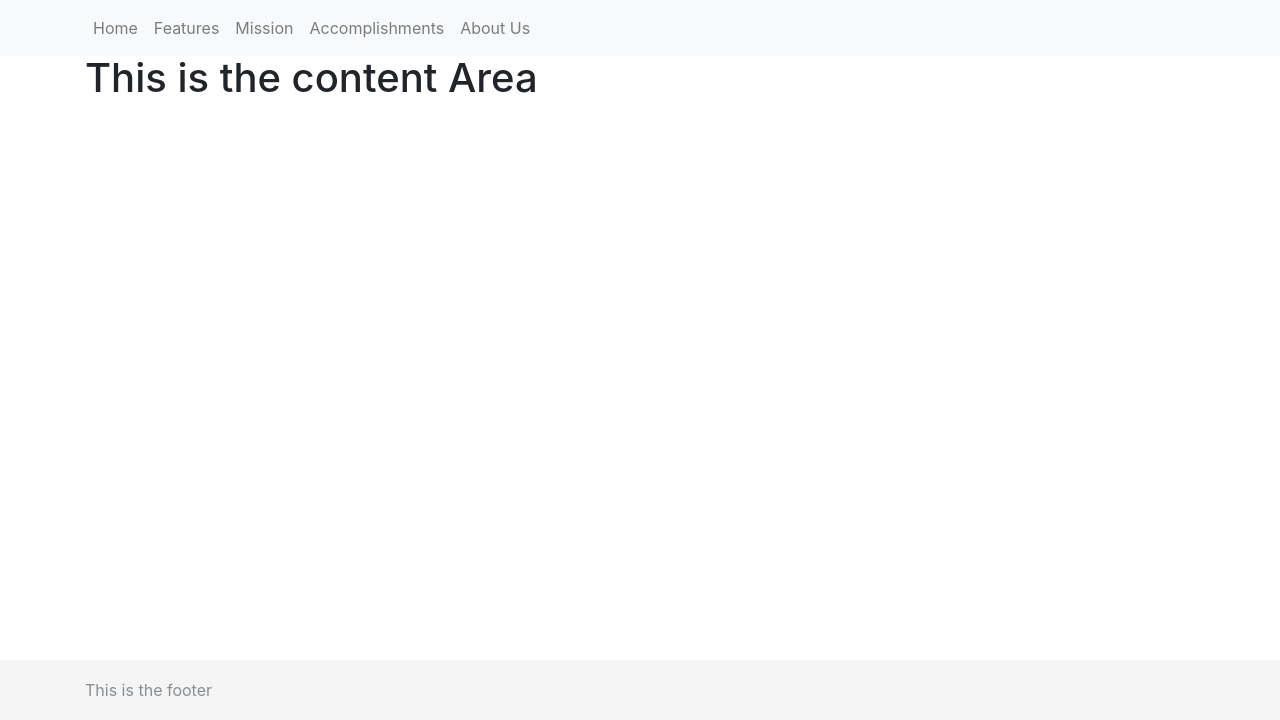
Repository: vipulx44/Prayas-Seva
Page: http://localhost/
These files come from the project's save history. The page is drawn as it stood at one moment and after the next save; the edit follows.
The browser window is 1280 px wide. The pictures show the whole page.
Some web libraries are served in a nearby version. The page is run by PHP 8.4 with error messages shown; the project is at /var/www/html/. Queries for data that is not in the repository find no rows.

Above is the page before, as saved 2017-09-25 12:40:21.

After the next save:
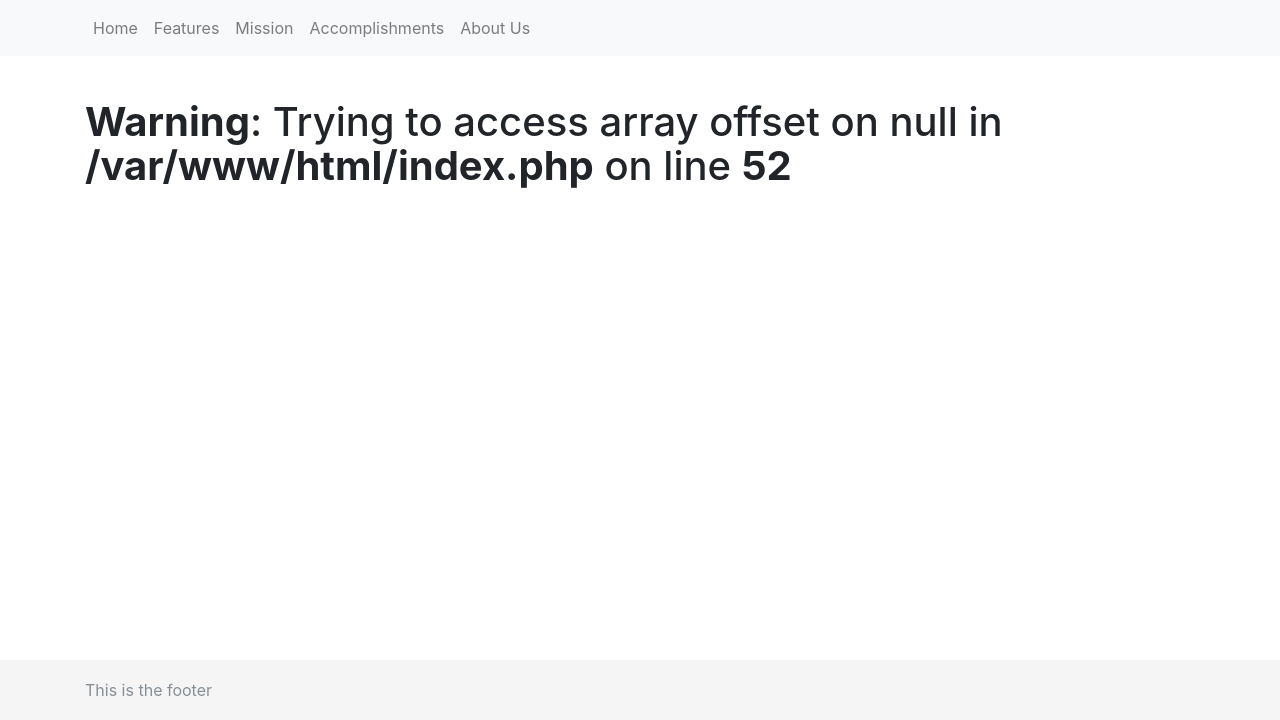
Saved 2 min 9 s later.
--- a/Prayasfirst/index.php
+++ b/Prayasfirst/index.php
@@ -49,7 +49,7 @@
 			</nav><!-- End Main Navigation -->
 
 			<div class="container">
-				<h1>This is the content Area</h1>
+				<h1><?php echo $page["header"]; ?></h1>
 			</div>
 
 			<footer class="footer">
